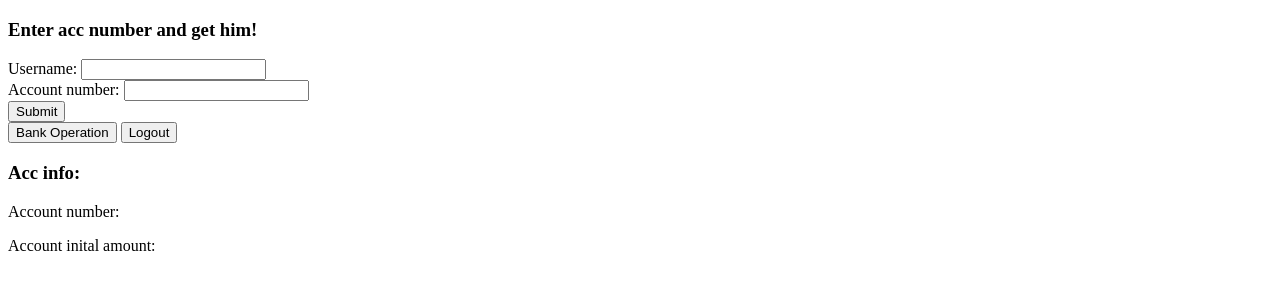
Repository: Aleksandyr/Java
Page: http://localhost/07.SpringSecurityHomework/WEB-INF/views/registerPage.jsp
These files come from the project's save history. The page is drawn as it stood at one moment and after the next save; the edit follows.
The browser window is 1280 px wide. The pictures show the whole page.
The page is served by Tomcat 9. Nobody is signed in. The template is opened directly, without the code that normally fills it, so the values that code supplies are empty.

Above is the page before, as saved 2016-03-03 13:42:50.

After the next save:
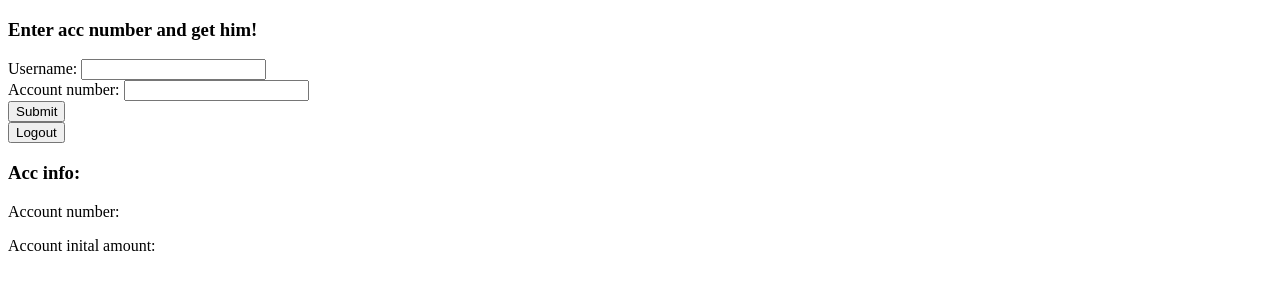
Saved 32 s later.
--- a/Java-Web-Development-Homeworks/07.SpringSecurityHomework/src/main/webapp/WEB-INF/views/registerPage.jsp
+++ b/Java-Web-Development-Homeworks/07.SpringSecurityHomework/src/main/webapp/WEB-INF/views/registerPage.jsp
@@ -1,5 +1,6 @@
 <%@ taglib prefix="form" uri="http://www.springframework.org/tags/form"%>
 <%@ taglib uri="http://java.sun.com/jsp/jstl/core" prefix="c" %>
+<%@ taglib prefix="sec" uri="http://www.springframework.org/security/tags" %>
 
 <c:set var="accNum" value= '<%= session.getAttribute("accNum") %>' />
 <c:set var="accInitAmount" value= '<%= session.getAttribute("accInitAmount") %>' />
